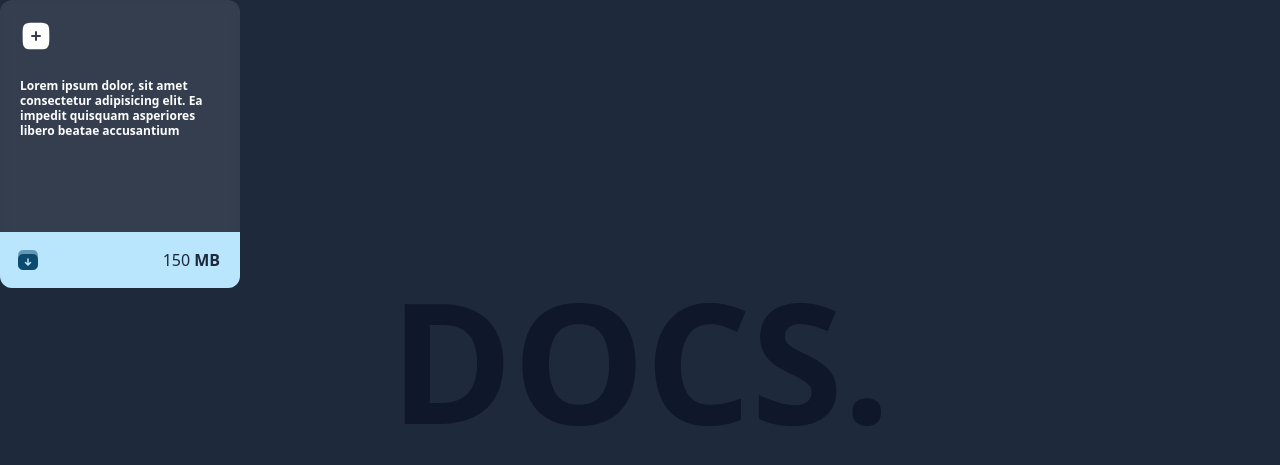
Repository: aliakbarmotallebi/framer-react
Page: /
These files come from the project's save history. The page is drawn as it stood at one moment and after the next save; the edit follows.
The browser window is 1280 px wide. The pictures show the whole page.
The project was rebuilt for these pictures with package versions that can differ from the ones it lists, and the page was loaded fresh each time.

Above is the page before, as saved 2024-08-14 22:42:27.

### src/App.js
import React from "react";
import Background from "./components/Background";
import Card from "./components/Card";

function App() {
  return (
    <div className="relative h-screen w-full bg-slate-800">
      <Background />
      <div className="fixed left-0 top-0 z-[3] h-full w-full">
        <Card />
      </div>
    </div>
  );
}

export default App;

### src/components/Background.jsx
import React from "react";

function Background() {
    return <h1 className="absolute left-1/2 top-1/2 -translate-x-[50%] -translate-y-[50%] text-[13vw] font-semibold text-slate-900">
    DOCS.
  </h1>
}

export default Background;

### src/components/Card.jsx
import React, { Component } from 'react';
import { motion } from "framer-motion";

class Card extends Component {
    render() {
        return (
            <motion.div drag className="w-60 h-72 rounded-xl bg-white/10 backdrop-blur-sm p-5 text-white relative overflow-hidden">
                <button>
                <svg xmlns="http://www.w3.org/2000/svg" className="w-8 h-8" viewBox="0 0 24 24"><path fill="currentColor" fill-rule="evenodd" d="M12 22c-4.714 0-7.071 0-8.536-1.465C2 19.072 2 16.714 2 12s0-7.071 1.464-8.536C4.93 2 7.286 2 12 2s7.071 0 8.535 1.464C22 4.93 22 7.286 22 12s0 7.071-1.465 8.535C19.072 22 16.714 22 12 22m0-13.75a.75.75 0 0 1 .75.75v2.25H15a.75.75 0 0 1 0 1.5h-2.25V15a.75.75 0 0 1-1.5 0v-2.25H9a.75.75 0 0 1 0-1.5h2.25V9a.75.75 0 0 1 .75-.75" clip-rule="evenodd"/></svg>
                </button>
                <p className="text-xs leading-tight mt-5 font-semibold">
                    Lorem ipsum dolor, sit amet consectetur adipisicing elit. Ea impedit quisquam asperiores libero beatae accusantium
                </p>
                <div className="footer absolute bottom-0 bg-sky-200 w-full py-2 left-0">
                    <button className="text-sky-900 p-2 font-medium w-full">
                        <div className="flex justify-between items-center w-full px-2">
                        <svg xmlns="http://www.w3.org/2000/svg" width="1.5em" height="1.5em" viewBox="0 0 24 24"><path fill="currentColor" d="M12 2c4.713 0 7.07 0 8.535 1.464c.757.758 1.123 1.754 1.3 3.192V10H2.164V6.656c.176-1.438.541-2.434 1.299-3.192C4.928 2 7.285 2 11.999 2" opacity="0.5"/><path fill="currentColor" fill-rule="evenodd" d="M2 14c0-2.8 0-4.2.545-5.27A5 5 0 0 1 4.73 6.545C5.8 6 7.2 6 10 6h4c2.8 0 4.2 0 5.27.545a5 5 0 0 1 2.185 2.185C22 9.8 22 11.2 22 14s0 4.2-.545 5.27a5 5 0 0 1-2.185 2.185C18.2 22 16.8 22 14 22h-4c-2.8 0-4.2 0-5.27-.545a5 5 0 0 1-2.185-2.185C2 18.2 2 16.8 2 14m10.75-3a.75.75 0 0 0-1.5 0v4.19l-1.22-1.22a.75.75 0 1 0-1.06 1.06l2.5 2.5a.75.75 0 0 0 1.06 0l2.5-2.5a.75.75 0 1 0-1.06-1.06l-1.22 1.22z" clip-rule="evenodd"/></svg>
                            <h5 className="text-slate-800 ml-auto">
                                150
                                <span className="font-bold px-1">
                                    MB
                                </span>
                            </h5>
                        </div>
                    </button>
                </div>
            </motion.div>
        );
    }
}

export default Card;

Loaded but not shown: public/index.html (common file); src/index.js (common file); src/index.css (common file); tailwind.config.js (common file)

After the next save:
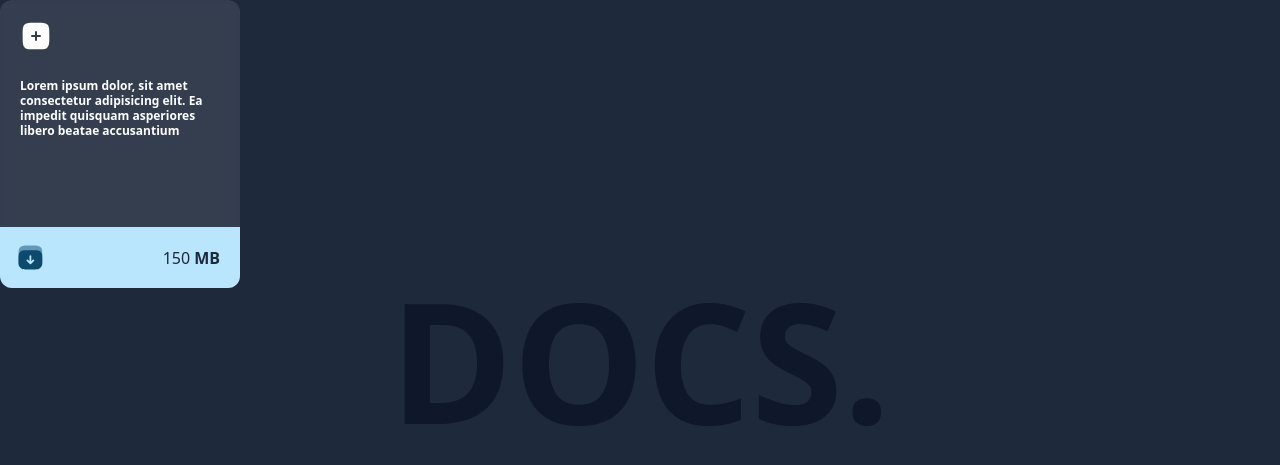
Saved 6 s later.
--- a/src/components/Card.jsx
+++ b/src/components/Card.jsx
@@ -14,7 +14,7 @@ class Card extends Component {
                 <div className="footer absolute bottom-0 bg-sky-200 w-full py-2 left-0">
                     <button className="text-sky-900 p-2 font-medium w-full">
                         <div className="flex justify-between items-center w-full px-2">
-                        <svg xmlns="http://www.w3.org/2000/svg" width="1.5em" height="1.5em" viewBox="0 0 24 24"><path fill="currentColor" d="M12 2c4.713 0 7.07 0 8.535 1.464c.757.758 1.123 1.754 1.3 3.192V10H2.164V6.656c.176-1.438.541-2.434 1.299-3.192C4.928 2 7.285 2 11.999 2" opacity="0.5"/><path fill="currentColor" fill-rule="evenodd" d="M2 14c0-2.8 0-4.2.545-5.27A5 5 0 0 1 4.73 6.545C5.8 6 7.2 6 10 6h4c2.8 0 4.2 0 5.27.545a5 5 0 0 1 2.185 2.185C22 9.8 22 11.2 22 14s0 4.2-.545 5.27a5 5 0 0 1-2.185 2.185C18.2 22 16.8 22 14 22h-4c-2.8 0-4.2 0-5.27-.545a5 5 0 0 1-2.185-2.185C2 18.2 2 16.8 2 14m10.75-3a.75.75 0 0 0-1.5 0v4.19l-1.22-1.22a.75.75 0 1 0-1.06 1.06l2.5 2.5a.75.75 0 0 0 1.06 0l2.5-2.5a.75.75 0 1 0-1.06-1.06l-1.22 1.22z" clip-rule="evenodd"/></svg>
+                        <svg xmlns="http://www.w3.org/2000/svg" width="1.8em" height="1.8em" viewBox="0 0 24 24"><path fill="currentColor" d="M12 2c4.713 0 7.07 0 8.535 1.464c.757.758 1.123 1.754 1.3 3.192V10H2.164V6.656c.176-1.438.541-2.434 1.299-3.192C4.928 2 7.285 2 11.999 2" opacity="0.5"/><path fill="currentColor" fill-rule="evenodd" d="M2 14c0-2.8 0-4.2.545-5.27A5 5 0 0 1 4.73 6.545C5.8 6 7.2 6 10 6h4c2.8 0 4.2 0 5.27.545a5 5 0 0 1 2.185 2.185C22 9.8 22 11.2 22 14s0 4.2-.545 5.27a5 5 0 0 1-2.185 2.185C18.2 22 16.8 22 14 22h-4c-2.8 0-4.2 0-5.27-.545a5 5 0 0 1-2.185-2.185C2 18.2 2 16.8 2 14m10.75-3a.75.75 0 0 0-1.5 0v4.19l-1.22-1.22a.75.75 0 1 0-1.06 1.06l2.5 2.5a.75.75 0 0 0 1.06 0l2.5-2.5a.75.75 0 1 0-1.06-1.06l-1.22 1.22z" clip-rule="evenodd"/></svg>
                             <h5 className="text-slate-800 ml-auto">
                                 150
                                 <span className="font-bold px-1">
